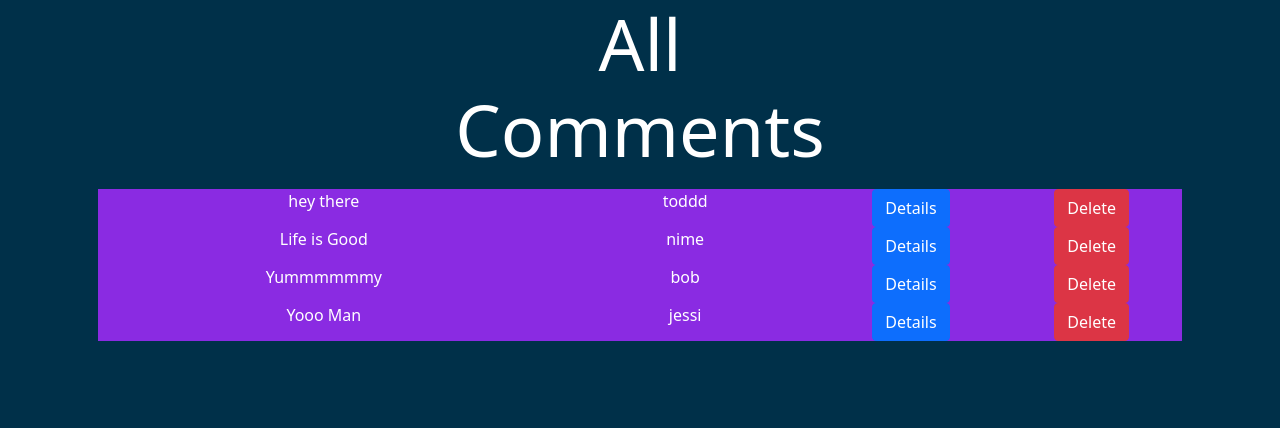
Repository: uditjain100/JavaScript-for-Web
Page: http://localhost/comments
An editor plug-in stored every save of this project. The page is shown before and after the next save, followed by the edit.
The browser window is 1280 px wide. The pictures show the whole page.
The page is served by the project's Node server (17.REST/index.js).

Above is the page before, as saved 2021-01-29 17:35:55.

After the next save:
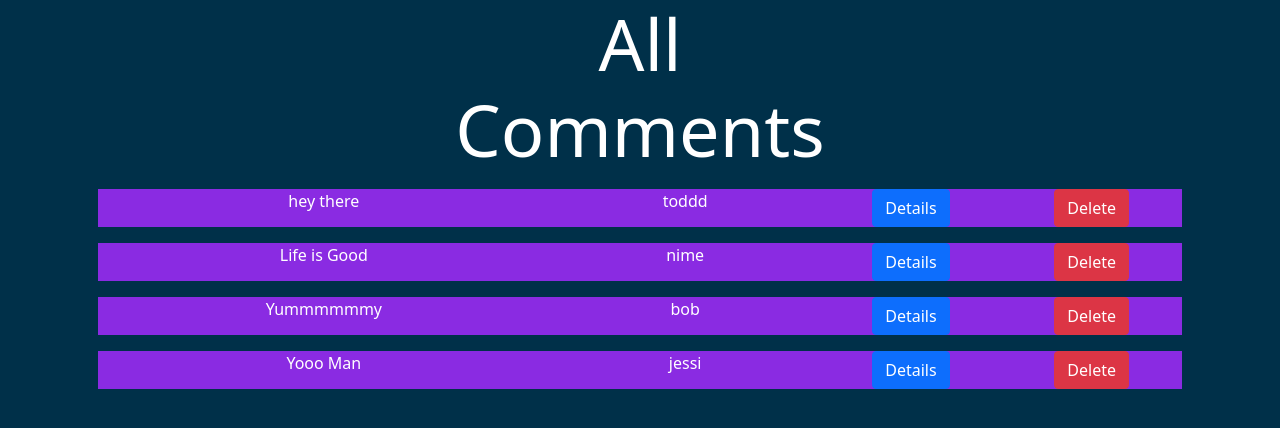
Saved 73 s later.
--- a/17.REST/views/home.ejs
+++ b/17.REST/views/home.ejs
@@ -16,12 +16,13 @@
       <h2 class="display-2 d-grid col-5 mx-auto" style="text-align: center">
         All Comments
       </h2>
+
+      <% for(var comment of comments) { %>
       <div
         class="row mt-3 mb-3 ms-3 me-3"
         style="text-align: center; background-color: blueviolet"
         ;
       >
-        <% for(var comment of comments) { %>
         <div class="col-5">
           <span><%= comment.comment %> </span>
         </div>
@@ -34,9 +35,8 @@
         <div class="col-2">
           <button class="btn btn-danger">Delete</button>
         </div>
-
-        <% } %>
       </div>
+      <% } %>
     </div>
   </body>
 </html>
